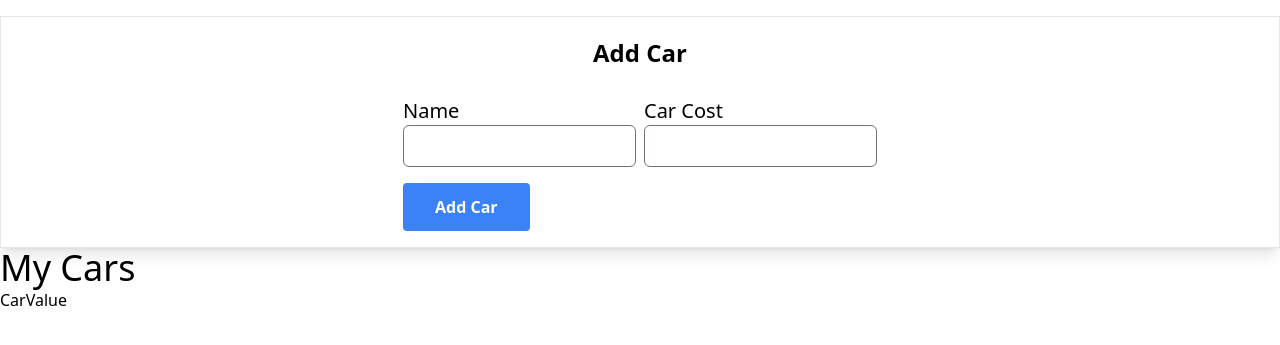
Repository: Marhamat92/carsappreduxtoolkit
Page: /
An editor plug-in stored every save of this project. The page is shown before and after the next save, followed by the edit.
The browser window is 1280 px wide. The pictures show the whole page.
The project was rebuilt for these pictures with package versions that can differ from the ones it lists, and the page was loaded fresh each time.

Above is the page before, as saved 2023-01-23 23:57:21.

After the next save:
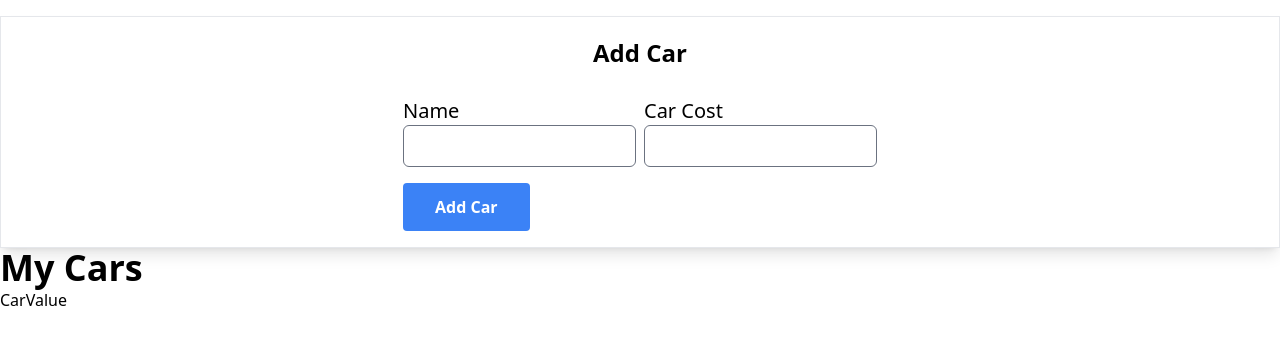
Saved 7 s later.
--- a/src/components/CarSearch.js
+++ b/src/components/CarSearch.js
@@ -4,7 +4,7 @@ function CarSearch() {
   return (
     <div>
       <div className='flex justify-between' >
-        <h1 className='text-4xl' >My Cars</h1>
+        <h1 className='text-4xl font-bold' >My Cars</h1>
       </div>
     </div>
   )
